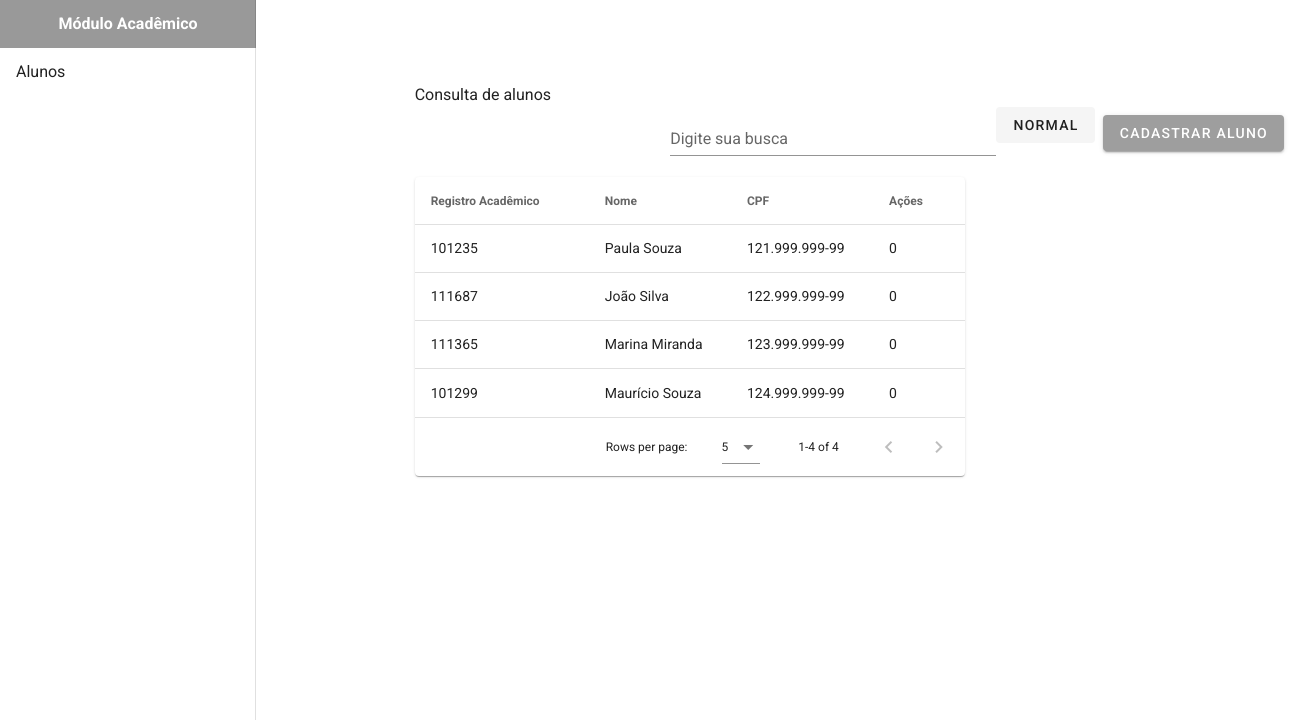
Repository: sergiohidekiono/vue-student
Page: /
An editor plug-in stored every save of this project. The page is shown before and after the next save, followed by the edit.
The browser window is 1280 px wide. The page is 1292 px wide, so the pictures cover 1292 px, including what lies to the right of the window. The pictures show the whole page.
The project was rebuilt for these pictures with package versions that can differ from the ones it lists, and the page was loaded fresh each time. Also part of the build but not shown: vue.config.js.

Above is the page before, as saved 2024-08-07 10:15:29.

### src/App.vue
<template>
  <v-app>
    <v-main class="wrapper">
      <StudentList class="wrapper" />
    </v-main>
  </v-app>
</template>

<script>
import StudentList from './components/student-list';

export default {
  name: 'App',

  components: {
    StudentList,
  },

  data: () => ({
    //
  }),
};
</script>

<style>
.wrapper {
  width: 100vw;
  height: 100vh;
  margin: 0;
}
</style>

### src/components/student-list.vue
<template>
    <v-container>
        <v-row>
            <div class="d-flex align-start">
                <v-img :src="require('../assets/logo.png')" class="my-3" />
            </div>
        </v-row>
        <v-row>
            <v-col cols="2">
                <v-navigation-drawer v-model="drawer" app clipped :permanent="false">
                    <v-list>
                        <v-list-item>
                            <v-list-item-content class="header-table" style="padding: 0 !important;">
                                <v-list-item-title style="padding: 0; margin: 0;">
                                    <h4 class="d-flex justify-center">Módulo Acadêmico</h4>
                                </v-list-item-title>
                            </v-list-item-content>
                        </v-list-item>
                        <v-list-item link>
                            <v-list-item-content style="padding: 0;">
                                <v-list-item-title class="ml-4">Alunos</v-list-item-title>
                            </v-list-item-content>
                        </v-list-item>
                    </v-list>
                </v-navigation-drawer>
            </v-col>
            <v-col cols="10">
                <v-row cols="12" justify="center">
                    <v-row>
                        <span>Consulta de alunos</span>
                    </v-row>
                    <v-row>
                        <v-text-field label="Digite sua busca"></v-text-field>
                        <v-btn depressed> Normal </v-btn>
                        <v-btn :loading="loading3" :disabled="loading3" color="grey" class="ma-2 white--text"
                            @click="loader = 'loading3'"> Cadastrar Aluno </v-btn>
                    </v-row>
                    <v-row>
                        <template>
                            <v-data-table :headers="headers" :items="desserts" :items-per-page="5"
                                class="elevation-1"></v-data-table>
                        </template>
                    </v-row>
                </v-row>
            </v-col>
        </v-row>
    </v-container>
</template>

<script>

export default {
    name: 'StudentList',
    data() {
        return {
            headers: [
                { text: 'Registro Acadêmico', value: 'register', },
                { text: 'Nome', value: 'name' },
                { text: 'CPF', value: 'document' },
                { text: 'Ações', value: 'action' }
            ],
            desserts: [
                {
                    register: 101235,
                    name: 'Paula Souza',
                    document: '121.999.999-99',
                    action: 0,
                },
                {
                    register: 111687,
                    name: 'João Silva',
                    document: '122.999.999-99',
                    action: 0,
                },
                {
                    register: 111365,
                    name: 'Marina Miranda',
                    document: '123.999.999-99',
                    action: 0,
                },
                {
                    register: 101299,
                    name: 'Maurício Souza',
                    document: '124.999.999-99',
                    action: 0,
                },

            ],
        }
    }
}

</script>

<style scoped>
.v-list-item.theme--light .header-table {
    color: white;
    padding: 0 !important;
}

.v-list-item.theme--light {
    padding: 0 !important;
    background: #999999;
}

.v-list.v-sheet.theme--light {
    padding: 0 !important;
}

.v-list-item.v-list-item--link.theme--light {
    background: white;
}
</style>

Loaded but not shown: public/index.html (common file); src/main.js (common file); src/plugins/vuetify.js (common file)

After the next save:
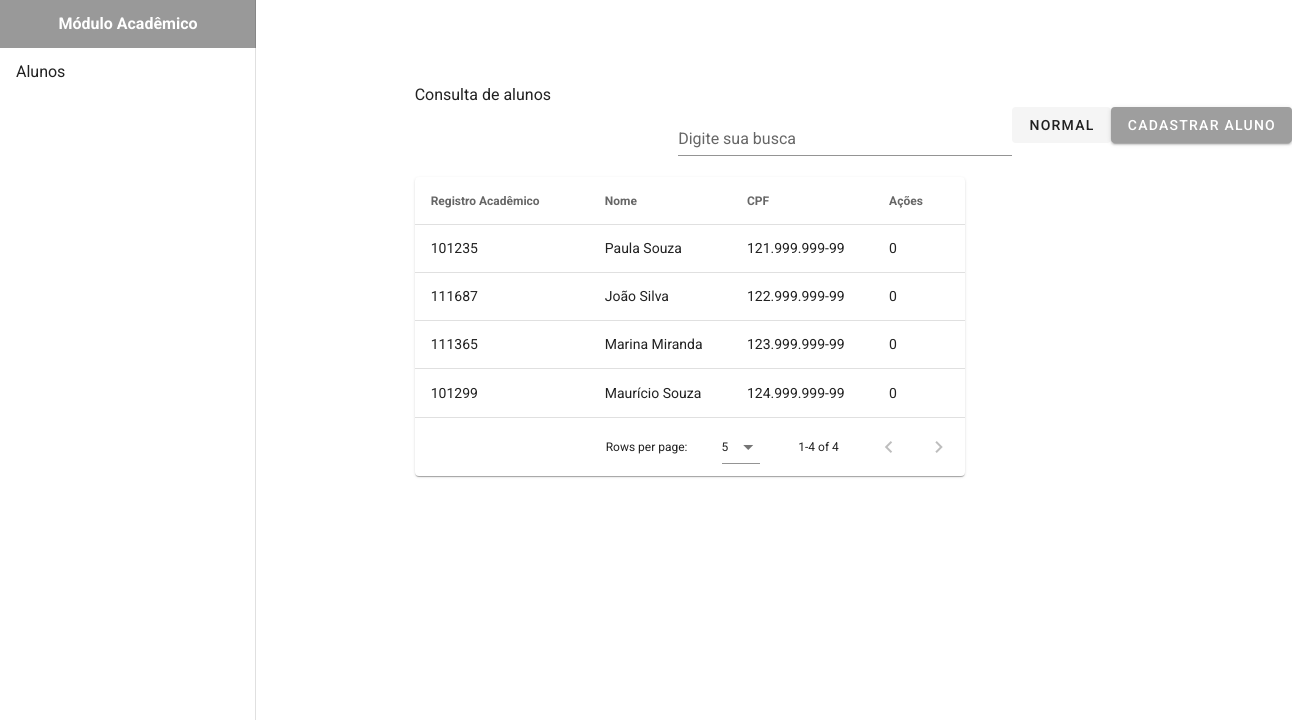
Saved 14 s later.
--- a/src/components/student-list.vue
+++ b/src/components/student-list.vue
@@ -32,7 +32,7 @@
                     <v-row>
                         <v-text-field label="Digite sua busca"></v-text-field>
                         <v-btn depressed> Normal </v-btn>
-                        <v-btn :loading="loading3" :disabled="loading3" color="grey" class="ma-2 white--text"
+                        <v-btn :loading="loading3" :disabled="loading3" color="grey" class=" white--text"
                             @click="loader = 'loading3'"> Cadastrar Aluno </v-btn>
                     </v-row>
                     <v-row>

After the save that followed:
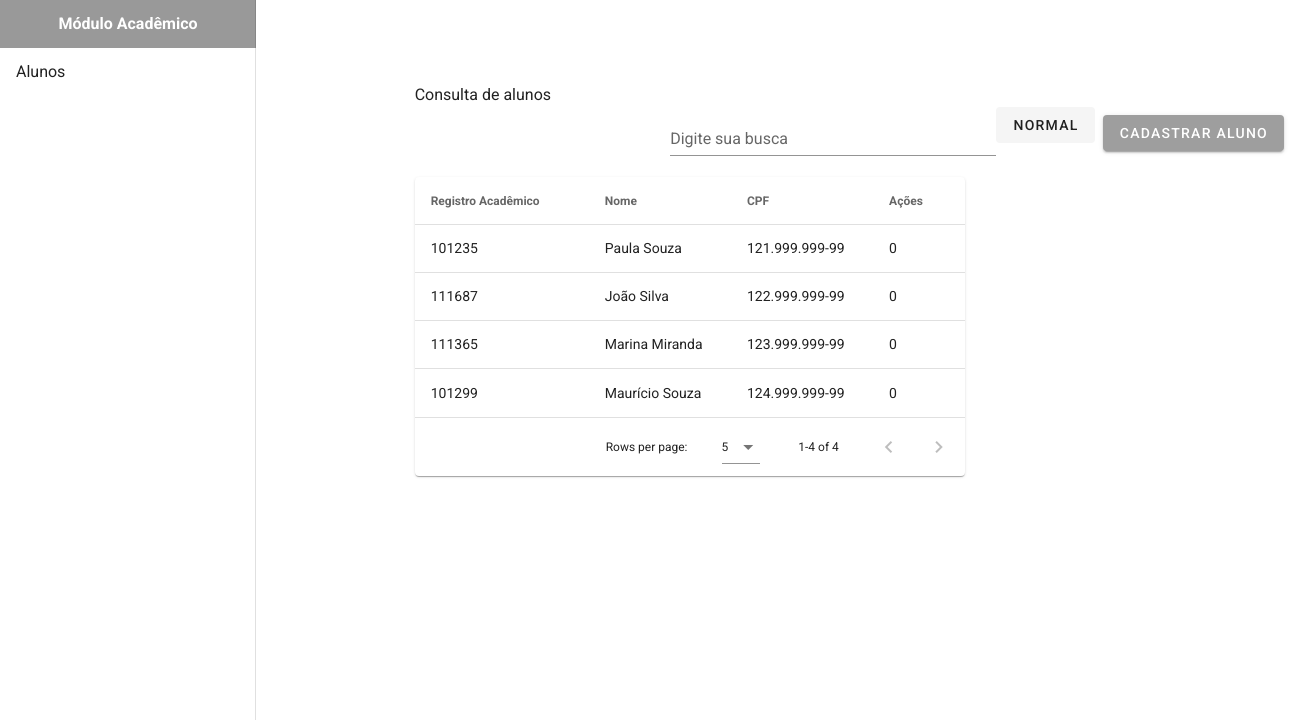
Saved 6 s later.
--- a/src/components/student-list.vue
+++ b/src/components/student-list.vue
@@ -32,7 +32,7 @@
                     <v-row>
                         <v-text-field label="Digite sua busca"></v-text-field>
                         <v-btn depressed> Normal </v-btn>
-                        <v-btn :loading="loading3" :disabled="loading3" color="grey" class=" white--text"
+                        <v-btn :loading="loading3" :disabled="loading3" color="grey" class="ma-2 white--text"
                             @click="loader = 'loading3'"> Cadastrar Aluno </v-btn>
                     </v-row>
                     <v-row>
